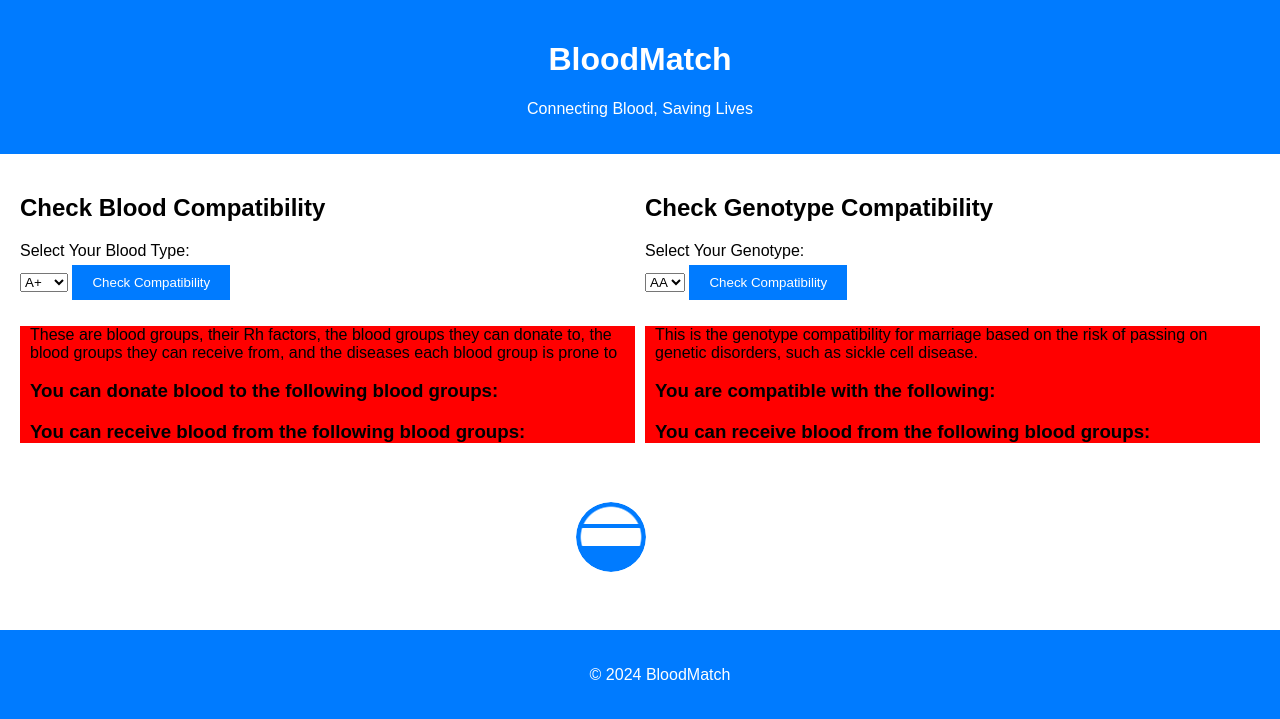
Repository: JuliusMonday/BloodMatch
Page: index.html
The author's editor kept a copy of each file at every save. The page is drawn from the files as they stood at one save, then again after the next save.
The browser window is 1280 px wide. The pictures show the whole page.

Above is the page before, as saved 2024-05-02 18:09:41.

### index.html
<!DOCTYPE html>
<html lang="en">
<head>
  <meta charset="UTF-8">
  <meta name="viewport" content="width=device-width, initial-scale=1.0">
  <title>BloodMatch</title>
  <link rel="stylesheet" href="style.css">
</head>
<body>
  <header>
    <h1>BloodMatch</h1>
    <p>Connecting Blood, Saving Lives</p>
  </header>
  <main>
    <section id="bloodType">
      <h1>Check Blood Compatibility</h1>
      <label for="selectBloodType">Select Your Blood Type:</label>
      <select id="selectBloodType">
        <option value="A+">A+</option>
        <option value="A-">A-</option>
        <option value="B+">B+</option>
        <option value="B-">B-</option>
        <option value="AB+">AB+</option>
        <option value="AB-">AB-</option>
        <option value="O+">O+</option>
        <option value="O+">O+</option>
      </select>
      <button onclick="checkBloodCompatibility()">Check Compatibility</button>
      <div id="compatibilityResult">
        <p> These are blood groups, their Rh factors, the blood groups they can donate to, the blood groups they can receive from, and the diseases each blood group is prone to</p>
        <div class="donate-to">
            <h3>You can donate blood to the following blood groups:</h3>
            <p id="donate-to-bg"></p>
        </div>
        <div class="receive-from">
            <h3>You can receive blood from the following blood groups:</h3>
            <p id="receive-from-bg"></p>
        </div>
      </div>
    </section>
    <section id="genotype">
      <h1>Check Genotype Compatibility</h1>
      <label for="selectGenotype">Select Your Genotype:</label>
      <select id="selectGenotype">
        <option value="AA x AA">AA</option>
        <option value="AS">AS</option>
        <option value="SS">SS</option>
      </select>
      <button onclick="checkGenotypeCompatibility()">Check Compatibility</button>
      <div id="genotypeResult">
        <p>This is the genotype compatibility for marriage based on the risk of passing on genetic disorders, such as sickle cell disease.</p>
        <div class="compatible-Gn">
            <h3>You are compatible with the following:</h3>
            <p class="compatible-Gns"></p>
        </div>
        <div class="non-compatible">
            <h3>You can receive blood from the following blood groups:</h3>
            <p class="non-compatible-Gns"></p>
        </div>
      </div>
    </div>
    </section>
  </main>
  <div class="custom-loader"></div>
  <br>
  <footer>
    <p>&copy; 2024 BloodMatch</p>
  </footer>
  <script src="script.js"></script>
</body>
</html>

### style.css
body {
    font-family: Arial, sans-serif;
    margin: 0;
    padding: 0;
  }

  header, footer {
    background-color: #007bff;
    color: #ffffff;
    text-align: center;
    padding: 20px;
  }

  main {
    padding: 20px;
    display: flex;
    gap: 10px;

  }

  section {
    margin-bottom: 20px;
    flex: 1;
  }

  label {
    display: block;
    margin-bottom: 5px;
  }

  select, button {
    margin-bottom: 10px;
  }

  button {
    background-color: #007bff;
    color: #ffffff;
    border: none;
    padding: 10px 20px;
    cursor: pointer;
  }

  button:hover {
    background-color: #0056b3;
  }
  #genotypeResult{
    border: 20px;
    border-color: blue;
    background-color:red;
    padding-left: 10px;
    padding-right: 10px;
  }
  #compatibilityResult{
    border: 20px;
    border-color: blue;
    background-color:red;
    padding-left: 10px;
    padding-right: 10px;
  }
  footer {
    bottom: 0;
    width: 100%;
      }
      .cube-loader {
        position: relative;
      /* u can choose any size */
        width: 75px;
        height: 75px;
        transform-style: preserve-3d;
        transform: rotateX(-30deg);
        animation: animate 4s linear infinite;
      }

      @keyframes animate {
        0% {
          transform: rotateX(-30deg) rotateY(0);
        }

        100% {
          transform: rotateX(-30deg) rotateY(360deg);
        }
      }

      .custom-loader{
        text-align: center;
        display:grid;
        place-items: center;
        margin: auto 45%;
      }
      .custom-loader {
        width: 70px;
        height: 70px;
        background: #007bff;
        border-radius: 50px;
        -webkit-mask: radial-gradient(circle 31px at 50% calc(100% + 13px),#000 95%,#0000) top 4px left 50%,
          radial-gradient(circle 31px,#000 95%,#0000) center,
          radial-gradient(circle 31px at 50% -13px,#000 95%,#0000) bottom 4px left 50%,
          linear-gradient(#000 0 0);
        -webkit-mask-composite: xor;
        mask-composite: exclude;
        -webkit-mask-repeat: no-repeat;
        animation: cu10 1.5s infinite;
      }

      @keyframes cu10 {
        0% {
          -webkit-mask-size: 0    18px,0    18px,0    18px,auto
        }

        16.67% {
          -webkit-mask-size: 100% 18px,0    18px,0    18px,auto
        }

        33.33% {
          -webkit-mask-size: 100% 18px,100% 18px,0    18px,auto
        }

        50% {
          -webkit-mask-size: 100% 18px,100% 18px,100% 18px,auto
        }

        66.67% {
          -webkit-mask-size: 0    18px,100% 18px,100% 18px,auto
        }

        83.33% {
          -webkit-mask-size: 0    18px,0    18px,100% 18px,auto
        }

        100% {
          -webkit-mask-size: 0    18px,0    18px,0    18px,auto
        }
      }

@media (min-width: 768px){
    footer {
        position:fixed;
        bottom: 0;
        }
}

@media (max-width: 767px){
    main {
        padding: 20px;
        flex-direction: column;
          }
}

### script.js
const checkBloodCompatibility = () =>{
    let selectedBloodType = document.getElementById("selectBloodType").value;
    // let compatibilityResult = document.getElementById("compatibilityResult");
    let canDonateTo = document.getElementById("donate-to-bg");
    let canReceiveFrom = document.getElementById("receive-from-bg");
    let canMarry = document.querySelectorAll(".compatible-Gns");
    let cannotMary = document.querySelectorAll(".non-compatible-Gns")


    // Logic to determine compatible blood types
    switch(selectedBloodType) {
      case "A+":
        canDonateTo.textContent = `You can only donate blood to: A+ and AB+ only`;
        canReceiveFrom.textContent = `You can only receive blood from: A+, A-, O+, and O-`;
        break;
      case "A-":
        canDonateTo.textContent = `You can only donate blood to: A+, A-, AB+, AB- only`;
        canReceiveFrom.textContent = `You can only receive blood from: A-, and O-`;
        break;
      case "B+":
        canDonateTo.textContent = `You can only donate blood to: A+ and AB+ only`;
        canReceiveFrom.textContent = `You can only receive blood from: B+, and AB+`;
        break;
      case "B-":
        canDonateTo.textContent = `You can only donate blood to: AB-, AB+, B+, and B- only`;
        canReceiveFrom.textContent = `You can only receive blood from: B-, and O-`;
        break;
      case "AB+":
        canDonateTo.textContent = `You can only donate blood to: AB+ only`;
        canReceiveFrom.textContent = `You can only receive blood from: EVERYONE✨✔🙌`;
        break;
      case "AB-":
        canDonateTo.textContent = `You can only donate blood to: AB+ and AB- only`;
        canReceiveFrom.textContent = `You can only receive blood from: AB-, A-, B-, and O-`;
        break;
      case "O+":
        canDonateTo.textContent = `You can only donate blood to: A+, AB+, B+, AND O+ only`;
        canReceiveFrom.textContent = `You can only receive blood from: O+, and O-`;
        break;
      case "O-":
        canDonateTo.textContent = `You can only donate blood to: EVERYONE✨✔🙌`;
        canReceiveFrom.textContent = `You can only receive blood from: Only O-`;
        break;
    }

  }

  const checkGenotypeCompatibility = () => {
    let selectedGenotype = document.getElementById("selectGenotype").value;
    let canMarry = document.querySelectorAll(".compatible-Gns");
    let cannotMary = document.querySelectorAll(".non-compatible-Gns")


    // Logic to determine compatible genotypes
    switch(selectedGenotype) {
      case "AA":
        canMarry.textContent = `Compatible Genotypes for Marriage: AA, AS`
        cannotMary.textContent = `Incompatible Genotypes for Marriage: SS, SC`
        break;
      case "AS":
        canMarry.textContent = `Compatible Genotypes for Marriage: AA, AS, SS`
        cannotMary.textContent = `Incompatible Genotypes for Marriage: SS, SC`
        break;
      case "SS":

        break;
      case "SC":

    }

    genotypeResult.textContent = `<h1>Compatible genotypes: " + compatibleGenotypes</h1>"`;
  }

After the next save:
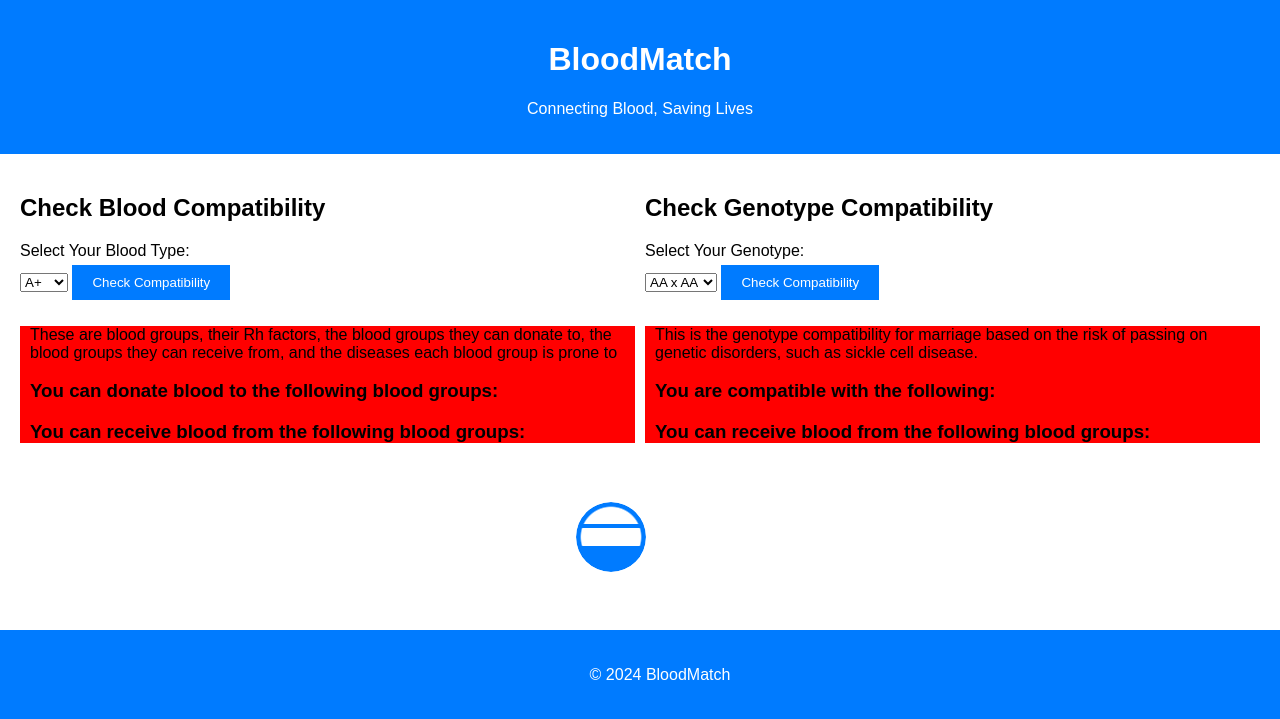
Saved 14 s later.
--- a/index.html
+++ b/index.html
@@ -42,7 +42,7 @@
       <h1>Check Genotype Compatibility</h1>
       <label for="selectGenotype">Select Your Genotype:</label>
       <select id="selectGenotype">
-        <option value="AA x AA">AA</option>
+        <option value="AA x AA">AA x AA</option>
         <option value="AS">AS</option>
         <option value="SS">SS</option>
       </select>
